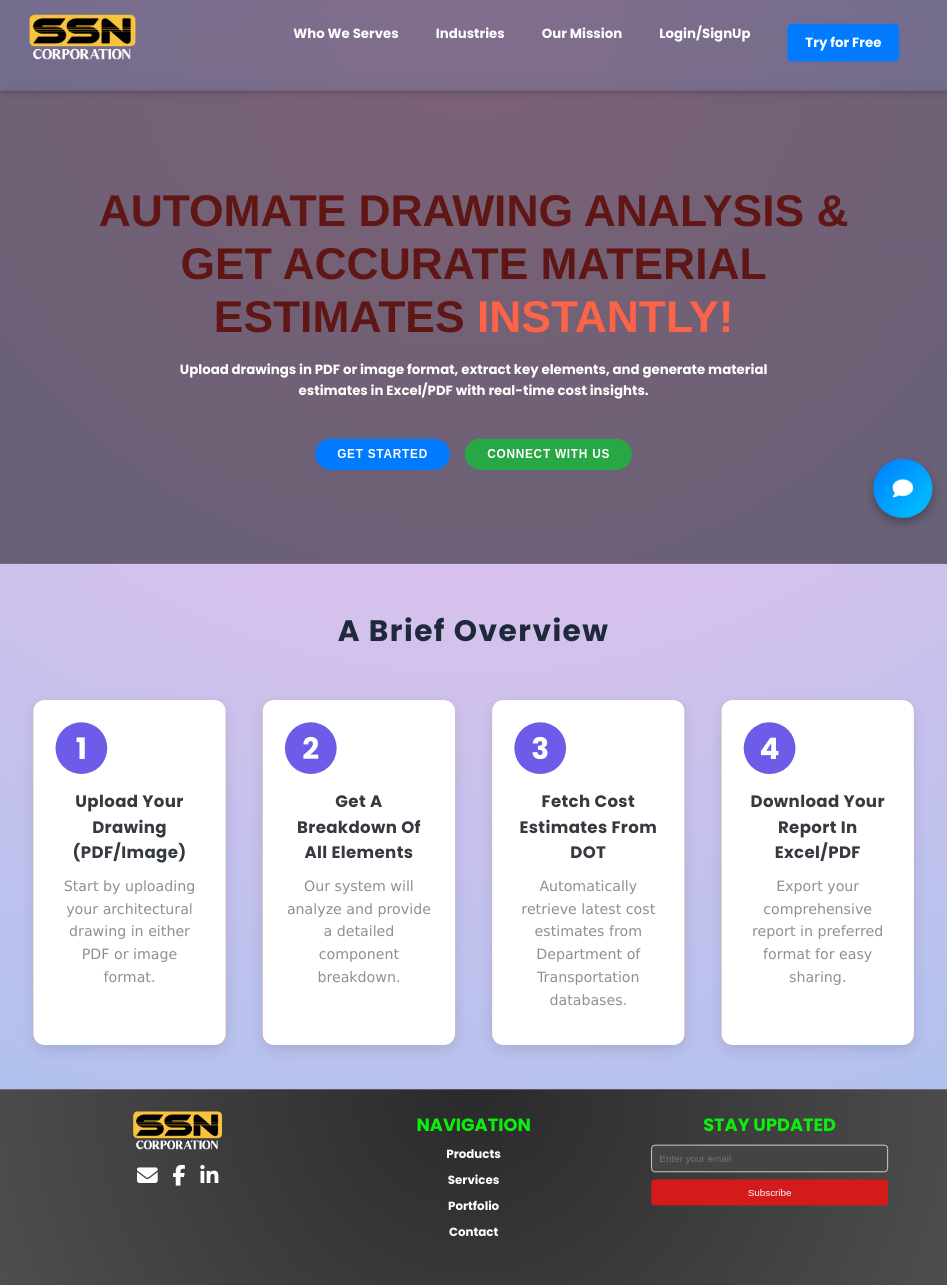
Repository: aabhashbasnet/SSNCorporation
Page: /
These files come from the project's save history. The page is drawn as it stood at one moment and after a run of saves; the edit follows.
The browser window is 1280 px wide. The pictures show the whole page, at 74% of full size.
The project was rebuilt for these pictures with package versions that can differ from the ones it lists, and the page was loaded fresh each time. Also part of the build but not shown: src/pages/OurMission/OurMission.jsx, src/pages/LoginSignUp/LoginSignUp.css, src/pages/LoginSignUp/LoginSignUp.jsx, src/pages/Industries/Industries.jsx, src/pages/Industries/Landscaping.jsx, src/pages/Industries/Paving.jsx, src/pages/Industries/GeneralConstruction.jsx, src/pages/Industries/FacilitiesMaintenance.jsx and 10 more.

Above is the page before, as saved 2025-02-11 14:52:10.

After the next 2 saves:
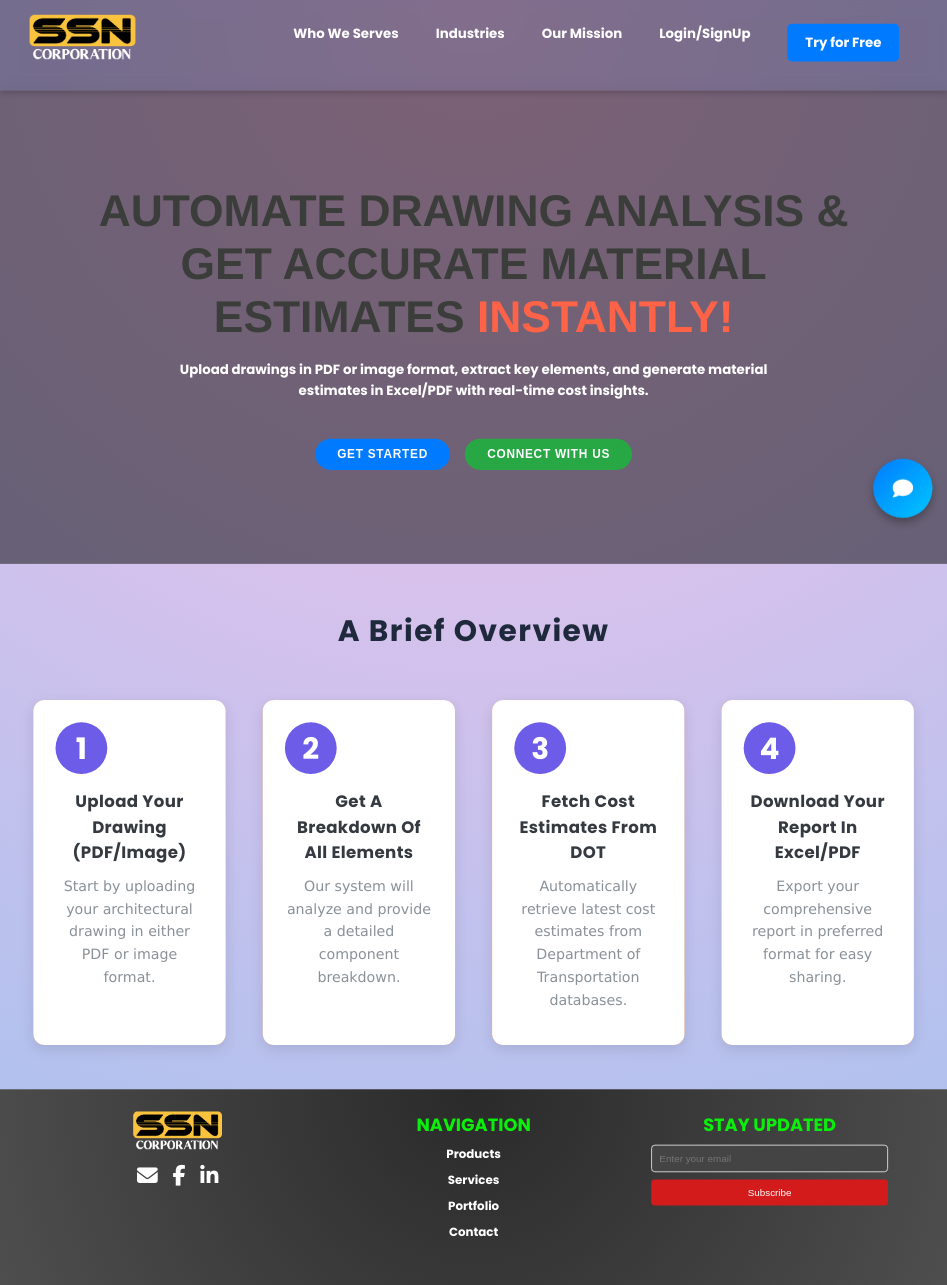
The 2 saves are shown as one change because they came seconds apart.
The last was saved 11 s later.
--- a/src/components/Main/Main.css
+++ b/src/components/Main/Main.css
@@ -28,7 +28,7 @@
   font-family: 'Helvetica', sans-serif;
   font-size: 60px;
   font-weight: bold;
-  color: #611616;
+  color: #3b3d3a;
   margin-bottom: 20px;
   line-height: 1.2;
   text-transform: uppercase;
